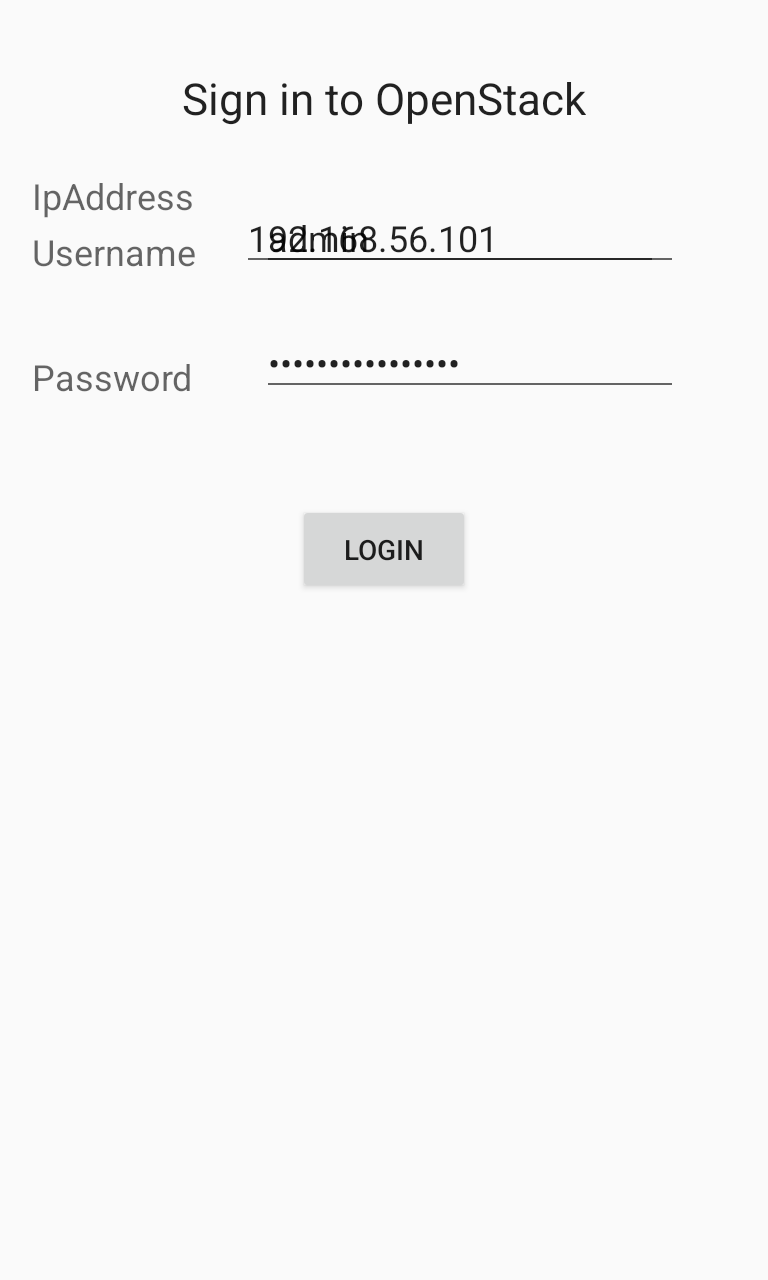
Repository: browndrf/cmpe283
Layout: myopenstack/res/layout/login_activity.xml
The author's editor kept a copy of each file at every save. The layout is drawn from the files as they stood at one save, then again after the next save.
It is drawn on a 768 x 1280 px phone screen (xhdpi) without system bars, with theme AppTheme; the app's code is not run.

Above is the layout before, as saved 2014-09-14 01:26:28.

### myopenstack/res/layout/login_activity.xml
<RelativeLayout xmlns:android="http://schemas.android.com/apk/res/android"
   xmlns:tools="http://schemas.android.com/tools"
   android:layout_width="match_parent"
   android:layout_height="match_parent"
   android:paddingBottom="@dimen/activity_vertical_margin"
   android:paddingLeft="@dimen/activity_horizontal_margin"
   android:paddingRight="@dimen/activity_horizontal_margin"
   android:paddingTop="@dimen/activity_vertical_margin"
   tools:context=".Login" >

   <TextView
      android:id="@+id/textView1"
      android:layout_width="wrap_content"
      android:layout_height="wrap_content"
      android:layout_alignParentTop="true"
      android:layout_centerHorizontal="true"
      android:layout_marginTop="18dp"
      android:text="Sign in to OpenStack"
      android:textAppearance="?android:attr/textAppearanceLarge" />

   <TextView
      android:id="@+id/textViewIp"
      android:layout_width="wrap_content"
      android:layout_height="wrap_content"
      android:layout_alignParentLeft="true"
      android:layout_below="@+id/textView1"
      android:layout_marginTop="22dp"
      android:text="IpAddress"
      android:textAppearance="?android:attr/textAppearanceMedium" />

   <EditText
       android:id="@+id/editTextIp"
       android:layout_width="wrap_content"
       android:layout_height="wrap_content"
       android:layout_alignBottom="@+id/textView2"
       android:layout_marginLeft="22dp"
       android:layout_toRightOf="@+id/textView2"
       android:ems="10"
       android:text="192.168.56.101" >
   </EditText>

<TextView
      android:id="@+id/textView2"
      android:layout_width="wrap_content"
      android:layout_height="wrap_content"
      android:layout_alignParentLeft="true"
      android:layout_below="@+id/textView1"
      android:layout_marginTop="50dp"
      android:text="Username"
      android:textAppearance="?android:attr/textAppearanceMedium" />

   <EditText
      android:id="@+id/editText1"
      android:layout_width="wrap_content"
      android:layout_height="wrap_content"
      android:layout_alignBottom="@+id/textView2"
      android:layout_marginLeft="32dp"
      android:layout_toRightOf="@+id/textView2"
      android:text="admin"
      android:ems="10" >
   </EditText>

   <TextView
      android:id="@+id/textView3"
      android:layout_width="wrap_content"
      android:layout_height="wrap_content"
      android:layout_alignLeft="@+id/textView2"
      android:layout_below="@+id/textView2"
      android:layout_marginTop="38dp"
      android:text="Password"
      android:textAppearance="?android:attr/textAppearanceMedium" />

   <EditText
      android:id="@+id/editText2"
      android:layout_width="wrap_content"
      android:layout_height="wrap_content"
      android:layout_alignBottom="@+id/textView3"
      android:layout_alignLeft="@+id/editText1"
      android:ems="10"
      android:text="cded84956ebc46ae"
      android:inputType="textPassword" />

   <Button
      android:id="@+id/button1"
      android:layout_width="wrap_content"
      android:layout_height="wrap_content"
      android:layout_below="@+id/editText2"
      android:layout_centerHorizontal="true"
      android:layout_marginTop="50dp"
      android:onClick="login"
      android:text="Login" />

   <TextView
      android:id="@+id/textViewErr"
      android:layout_width="wrap_content"
      android:layout_height="wrap_content"
      android:layout_marginTop="60dp"
      android:textAppearance="?android:attr/textAppearanceMedium" />

</RelativeLayout>

Loaded but not shown: myopenstack/res/values/styles.xml (common file); myopenstack/res/values-v11/styles.xml (common file); myopenstack/res/values-v14/styles.xml (common file); myopenstack/res/values/dimens.xml (common file); myopenstack/res/values-w820dp/dimens.xml (common file)

After the next save:
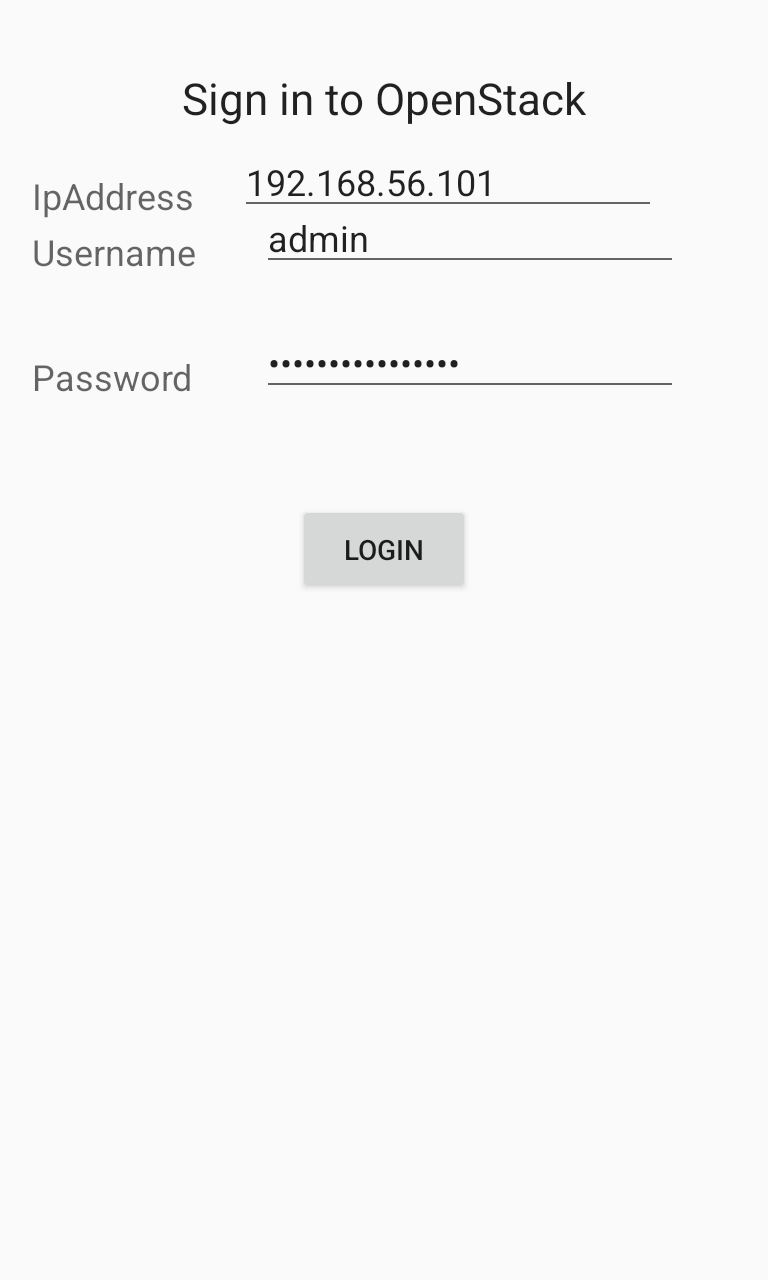
Saved 94 s later.
--- a/myopenstack/res/layout/login_activity.xml
+++ b/myopenstack/res/layout/login_activity.xml
@@ -32,9 +32,9 @@
        android:id="@+id/editTextIp"
        android:layout_width="wrap_content"
        android:layout_height="wrap_content"
-       android:layout_alignBottom="@+id/textView2"
+       android:layout_alignBottom="@+id/textViewIp"
        android:layout_marginLeft="22dp"
-       android:layout_toRightOf="@+id/textView2"
+       android:layout_toRightOf="@+id/textViewIp"
        android:ems="10"
        android:text="192.168.56.101" >
    </EditText>
